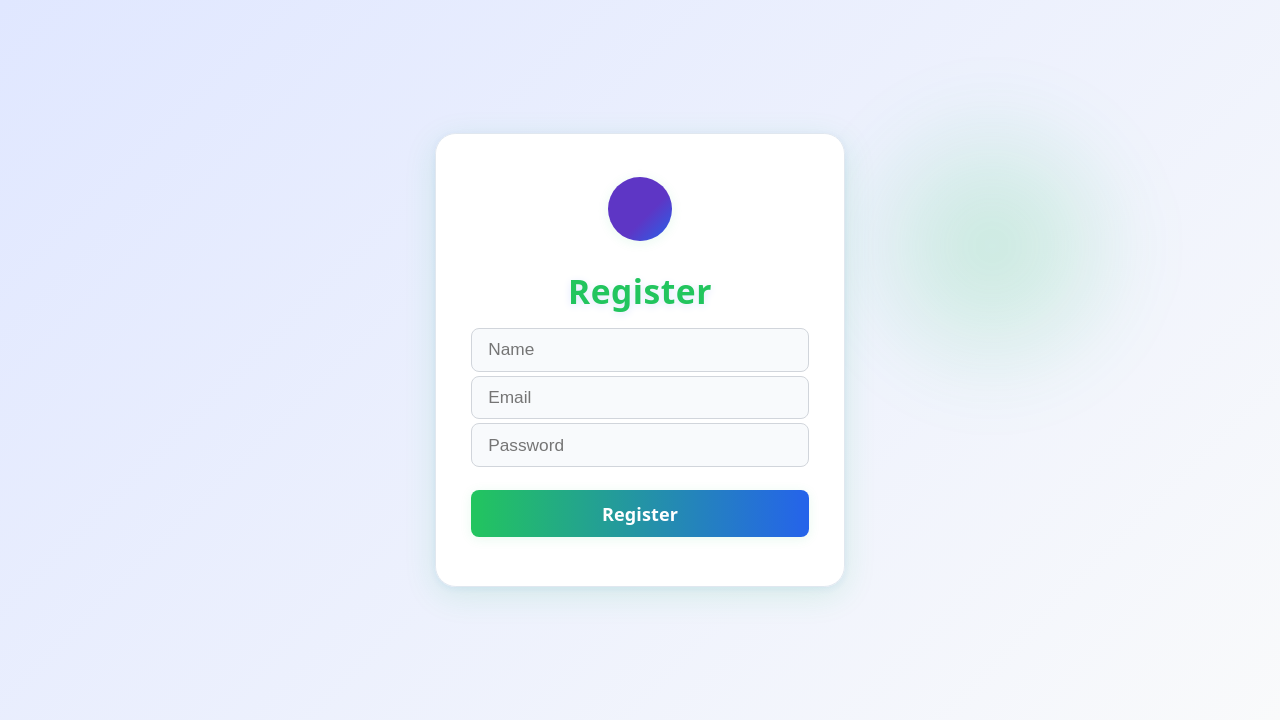
Repository: him021204/Task-Manager
Page: /register (app in client/)
An editor plug-in stored every save of this project. The page is shown before and after the next save, followed by the edit.
The browser window is 1280 px wide. The pictures show the whole page.
The page's requests for data from a server got no answer. The project was rebuilt for these pictures with package versions that can differ from the ones it lists, and the page was loaded fresh each time. No one was signed in, and anything a server would have sent is missing. Also part of the build but not shown: client/vite.config.js, client/src/pages/Dashboard.css, client/src/pages/Dashboard.jsx, client/src/pages/Login.css, client/src/pages/Login.jsx, client/src/pages/Analytics.css, client/src/pages/Analytics.jsx, client/src/pages/CalendarView.css and 1 more.

Above is the page before, as saved 2025-06-19 20:01:09.

After the next save:
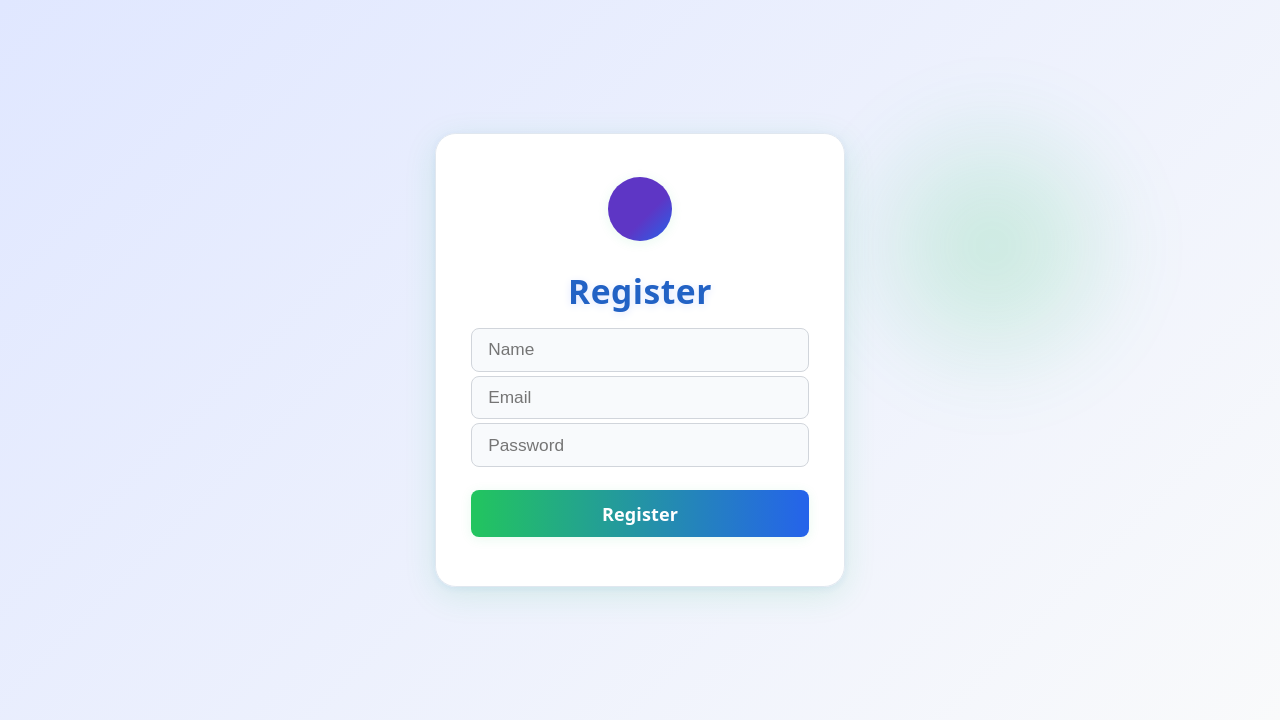
Saved 30 s later.
--- a/client/src/pages/Register.css
+++ b/client/src/pages/Register.css
@@ -66,7 +66,7 @@
   text-align: center;
   font-size: 2.1rem;
   font-weight: 900;
-  color: #22c55e;
+  color: #2262c5;
   letter-spacing: 0.5px;
   margin-bottom: 0.7rem;
   text-shadow: 0 2px 8px #e0e7ff;
